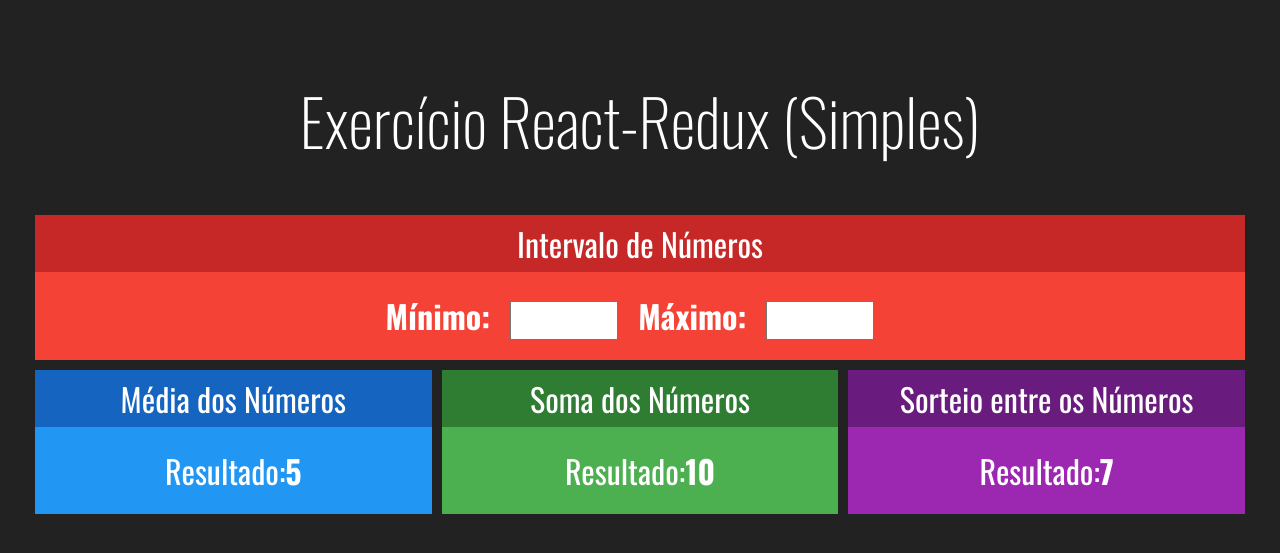
Repository: WellysonP/testando-react-redux
Page: /
The author's editor kept a copy of each file at every save. The page is drawn from the files as they stood at one save, then again after the next save.
The browser window is 1280 px wide. The pictures show the whole page.
The project was rebuilt for these pictures with package versions that can differ from the ones it lists, and the page was loaded fresh each time.

Above is the page before, as saved 2023-01-12 19:07:23.

After the next save:
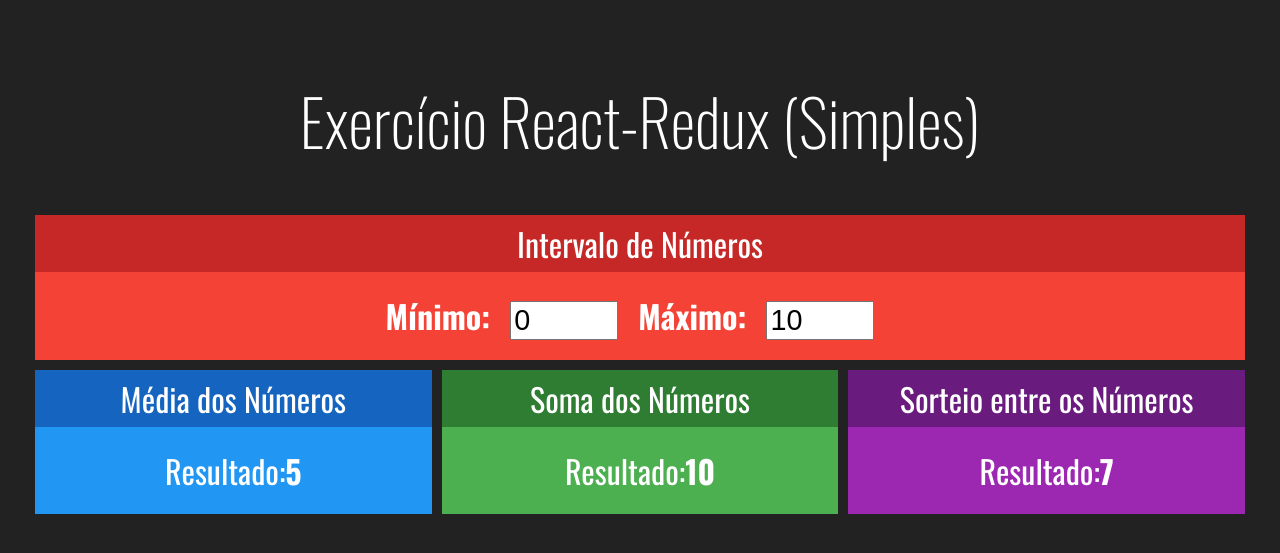
Saved 18 s later.
--- a/src/components/Intervalo.jsx
+++ b/src/components/Intervalo.jsx
@@ -9,13 +9,13 @@ export default props => {
             <div className="Intervalo">
                 <span>
                     <strong>Mínimo:</strong>
-                    <input type="number" value={min}
+                    <input type="number" value={0}
                     onChange={e=>props.onChangedMin(+e.target.value)}
                     />
                 </span>
                 <span>
                     <strong>Máximo:</strong>
-                    <input type="number" value={max}
+                    <input type="number" value={10}
                     onChange={e=>props.onChangedMax(+e.target.value)}
                     />
                 </span>
